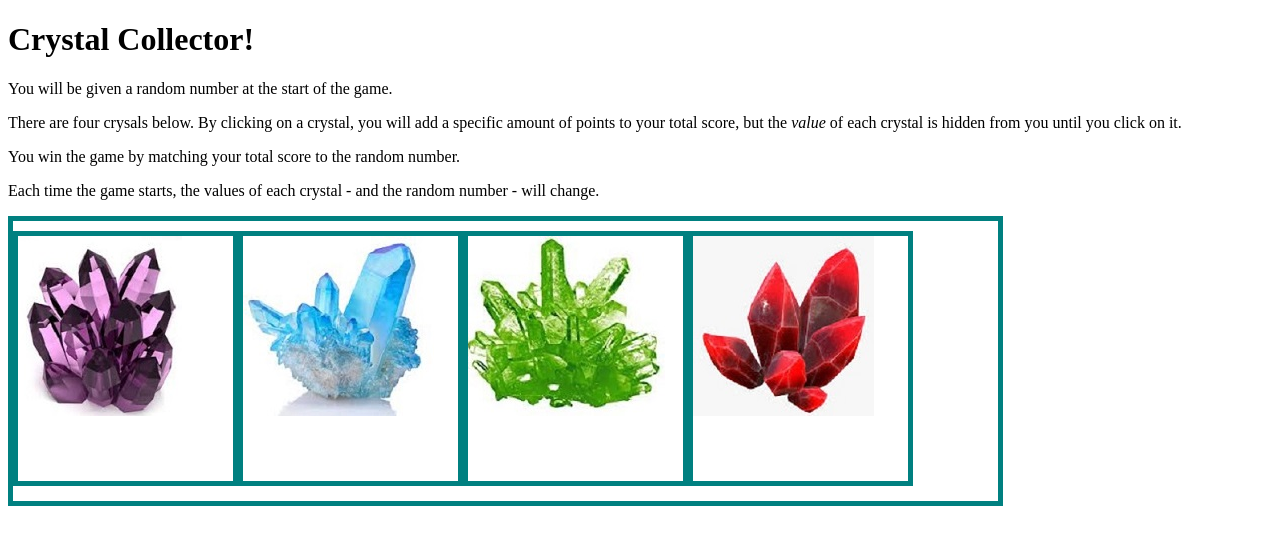
Repository: dsaftler/unit-4-game
Page: index.html
These files come from the project's save history. The page is drawn as it stood at one moment and after the next save; the edit follows.
The browser window is 1280 px wide. The pictures show the whole page.

Above is the page before, as saved 2019-04-01 18:27:52.

After the next save:
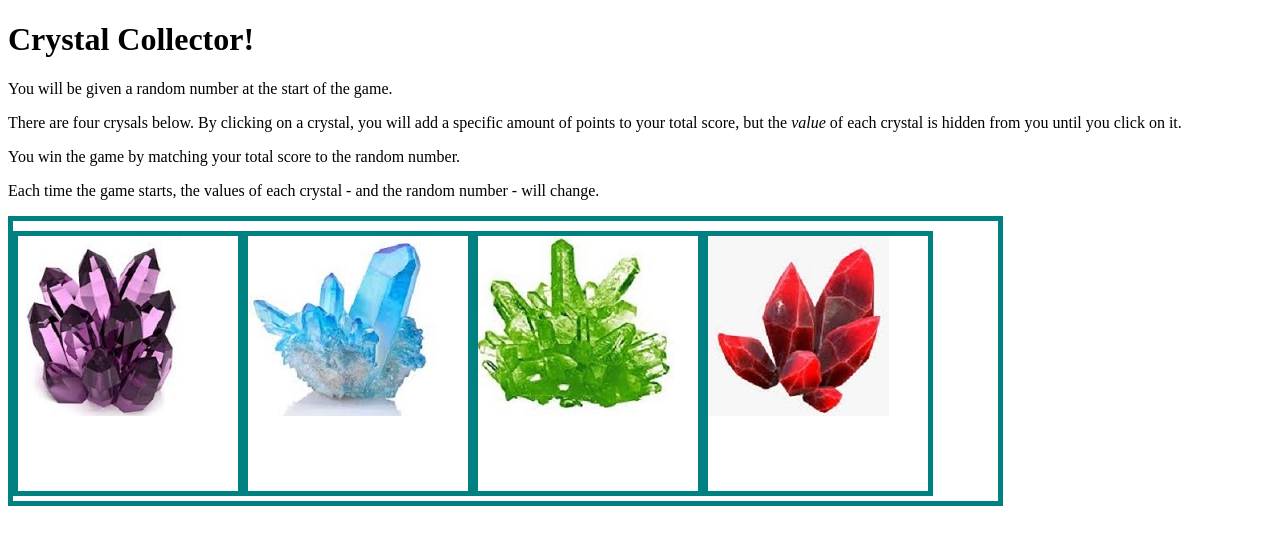
Saved 7 min 2 s later.
--- a/assets/css/style.css
+++ b/assets/css/style.css
@@ -18,8 +18,8 @@ background-image: url("assets/images/congruent_pentagon.png")
 .crystal{
   display: block;
   float: left;
-  height: 255px;
-  width: 225px;
+  height: 265px;
+  width: 230px;
   border: teal 5px solid;
   margin-top: 10px;
 
